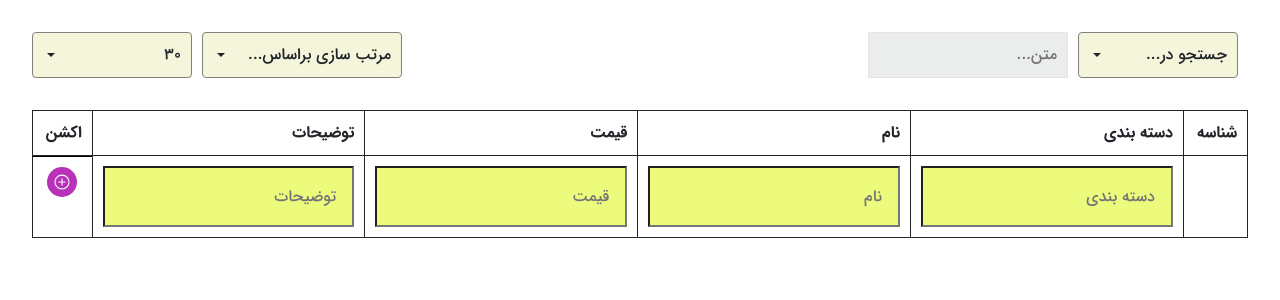
Repository: fateme81yosefi/form_ecco
Page: /
These files come from the project's save history. The page is drawn as it stood at one moment and after a run of saves; the edit follows.
The browser window is 1280 px wide. The pictures show the whole page.
The page's requests for data from a server got no answer. The project was rebuilt for these pictures with package versions that can differ from the ones it lists, and the page was loaded fresh each time. No one was signed in, and anything a server would have sent is missing.

Above is the page before, as saved 2023-03-10 11:00:14.

After the next 4 saves:
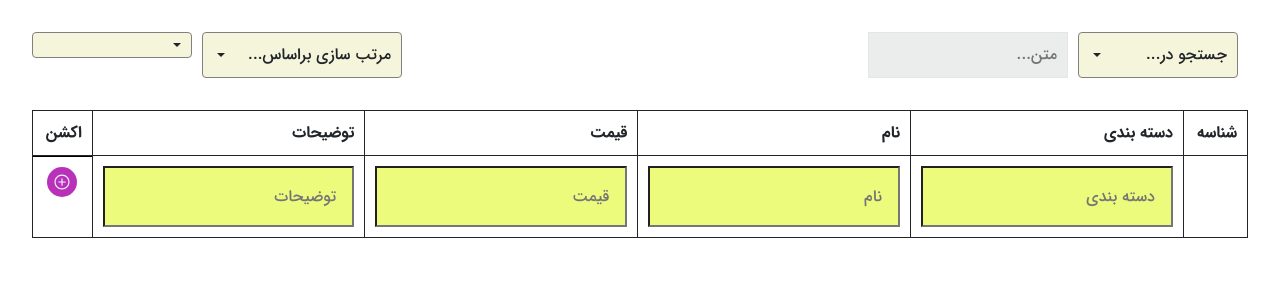
The 4 saves are shown as one change because they came seconds apart.
The last was saved 20 s later.
--- a/src/App.js
+++ b/src/App.js
@@ -266,8 +266,8 @@ function App() {
 
           <div className="dropdown">
             <button className="btn dropdown-toggle" type="button" id="dropdownMenuButton" data-toggle="dropdown" aria-haspopup="true" aria-expanded="false">
-              {row}
-            </button>
+
+{titleRow}            </button>
             <div className="dropdown-menu" aria-labelledby="dropdownMenuButton">
               <a className="dropdown-item" onClick={() => setRow(5)} >5</a>
               <a className="dropdown-item" onClick={() => setRow(12)}>12  </a>
